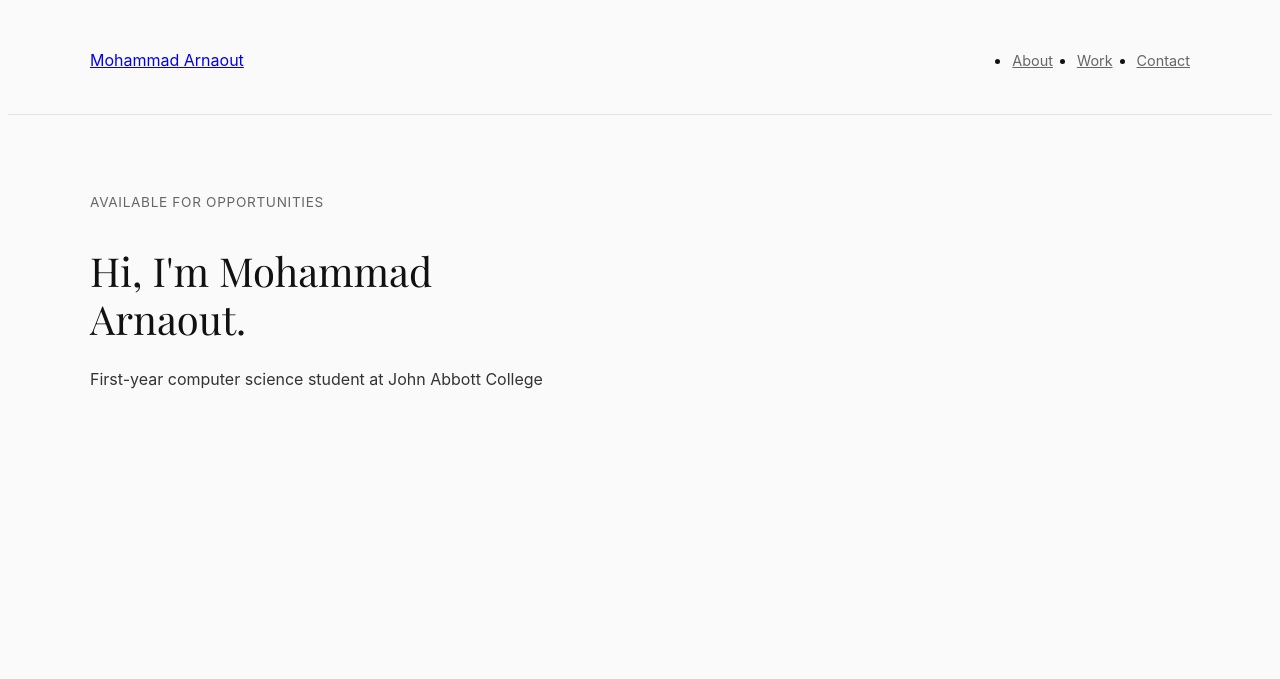
Repository: Moh-Arna/Moh-Arna
Page: index.html
These files come from the project's save history. The page is drawn as it stood at one moment and after the next save; the edit follows.
The browser window is 1280 px wide. The pictures show the whole page.
Some web fonts or font styles are not loaded; a fallback is used.

Above is the page before, as saved 2026-04-22 10:08:11.

After the next save:
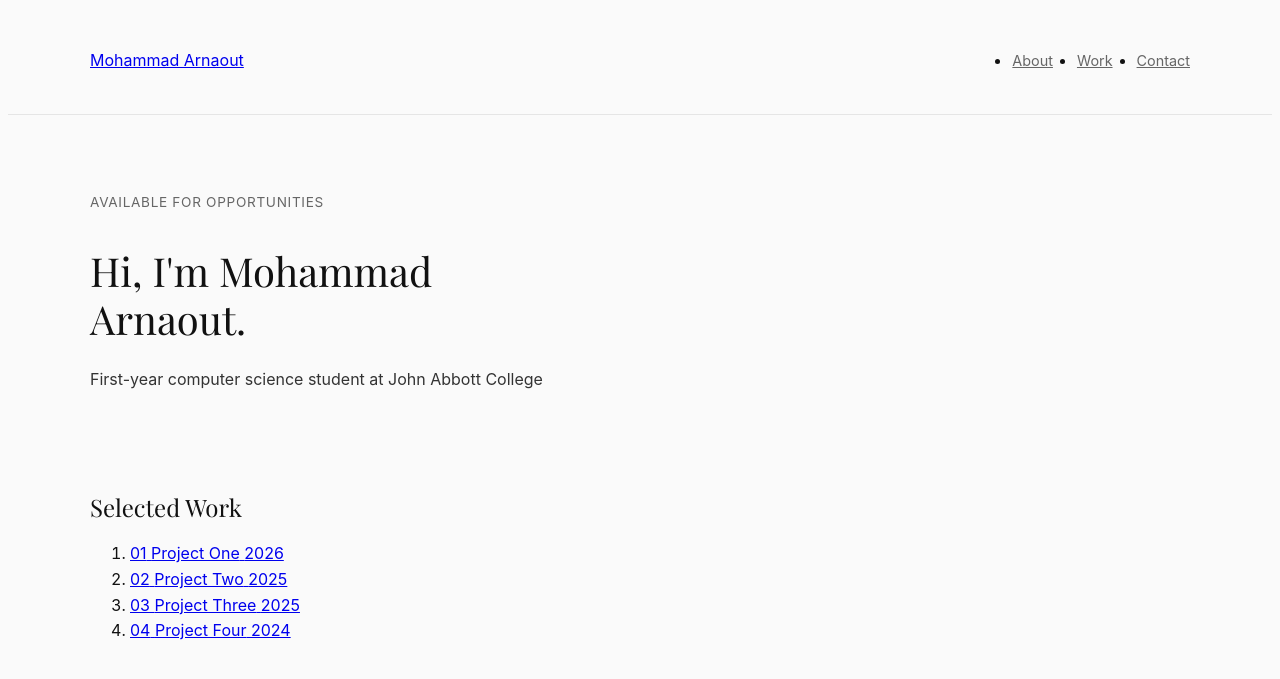
Saved 6 min 14 s later.
--- a/index.html
+++ b/index.html
@@ -53,6 +53,42 @@
 
     </section>
 
+    <section class="work">
+      <div class="container">
+        <h2 class="section-title">Selected Work</h2>
+        <ol class="work-list">
+          <li>
+            <a href="project-details.html" class="work-item">
+              <span class="work-number">01</span>
+              <span class="work-title">Project One</span>
+              <span class="work-year">2026</span>
+            </a>
+          </li>
+          <li>
+            <a href="project-details.html" class="work-item">
+              <span class="work-number">02</span>
+              <span class="work-title">Project Two</span>
+              <span class="work-year">2025</span>
+            </a>
+          </li>
+          <li>
+            <a href="project-details.html" class="work-item">
+              <span class="work-number">03</span>
+              <span class="work-title">Project Three</span>
+              <span class="work-year">2025</span>
+            </a>
+          </li>
+          <li>
+            <a href="project-details.html" class="work-item">
+              <span class="work-number">04</span>
+              <span class="work-title">Project Four</span>
+              <span class="work-year">2024</span>
+            </a>
+          </li>
+        </ol>
+      </div>
+    </section>
+
 
 </main>
 
